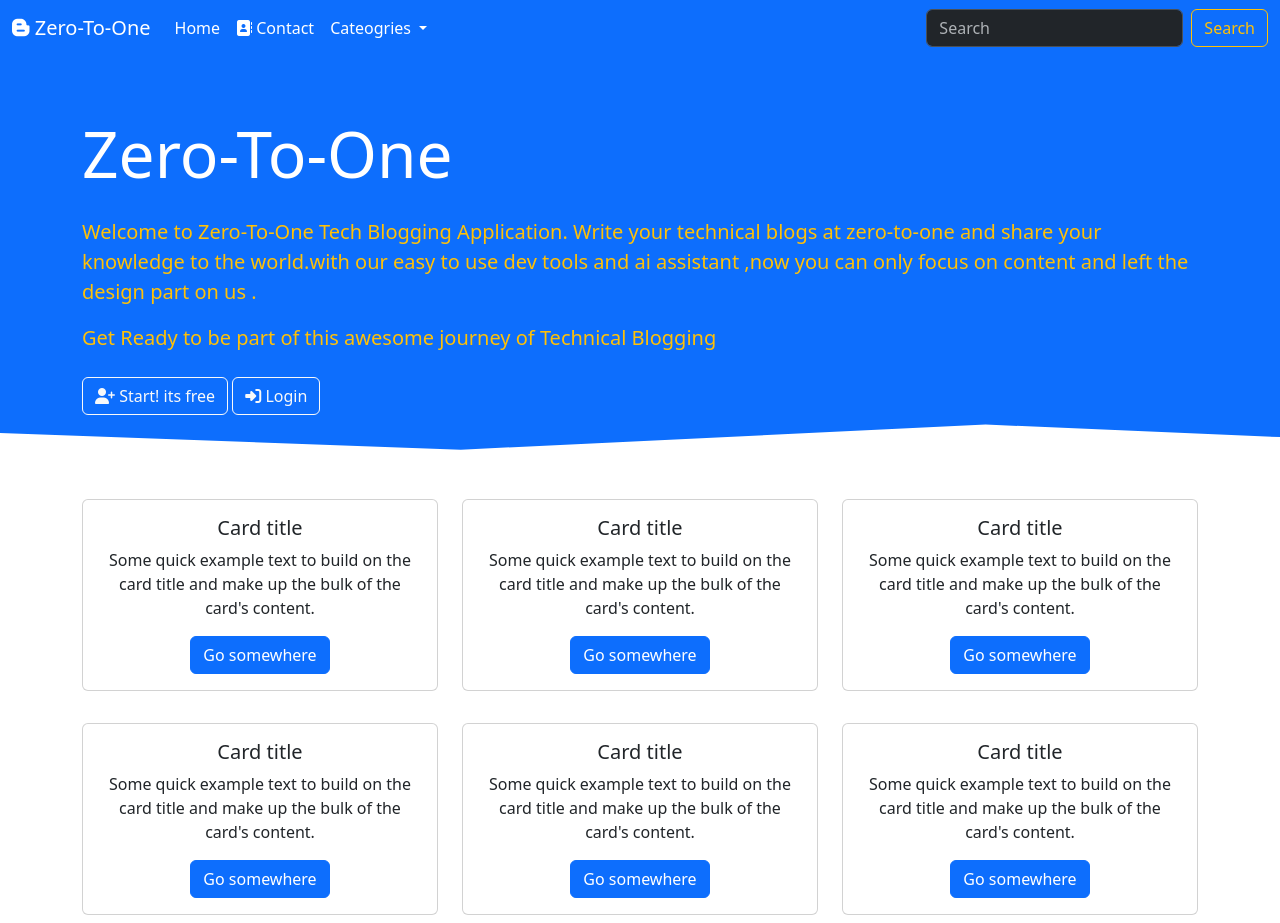
Repository: Gaurav560/PROJECT-ZeroToOne-TechBlog
Page: http://localhost/ZeroToOne/
The author's editor kept a copy of each file at every save. The page is drawn from the files as they stood at one save, then again after the next save.
The browser window is 1280 px wide. The pictures show the whole page.
Some web libraries are served in a nearby version. The page is served by Tomcat 9.

Above is the page before, as saved 2023-04-29 11:39:17.

After the next save:
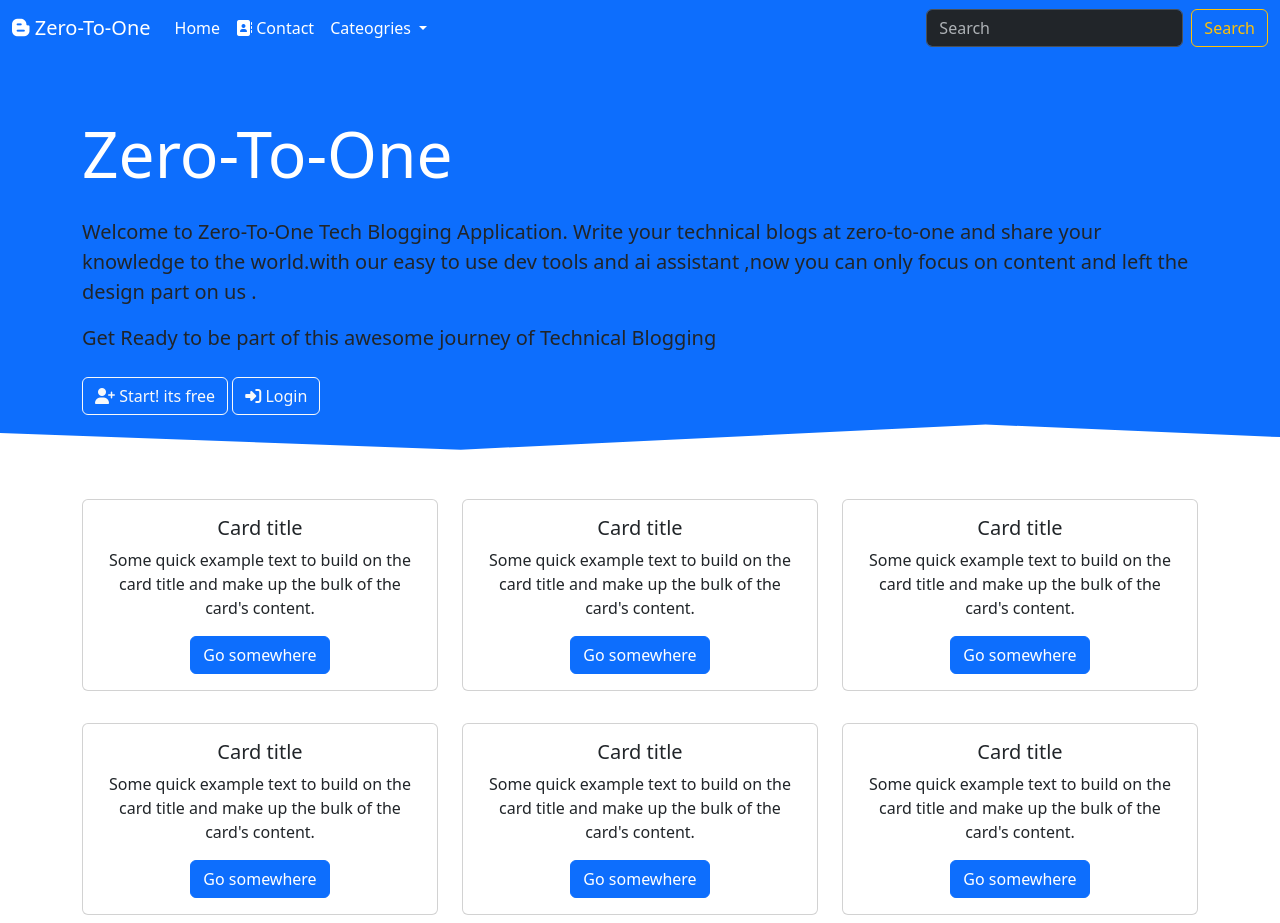
Saved 21 s later.
--- a/ZeroToOne/src/main/webapp/index.jsp
+++ b/ZeroToOne/src/main/webapp/index.jsp
@@ -28,12 +28,12 @@
 			<div class="container">
 
 				<h3 class="display-3 pb-3">Zero-To-One</h3>
-				<p class="fs-5 text-warning">Welcome to Zero-To-One Tech Blogging
+				<p class="fs-5 text-dark">Welcome to Zero-To-One Tech Blogging
 					Application. Write your technical blogs at zero-to-one and share
 					your knowledge to the world.with our easy to use dev tools and ai
 					assistant ,now you can only focus on content and left the design
 					part on us .</p>
-				<p class="fs-5 text-warning pb-2">Get Ready to be part of this
+				<p class="fs-5 text-dark pb-2">Get Ready to be part of this
 					awesome journey of Technical Blogging</p>
 				<p></p>
 				<a href="register_page.jsp" class="btn  btn-outline-light">
